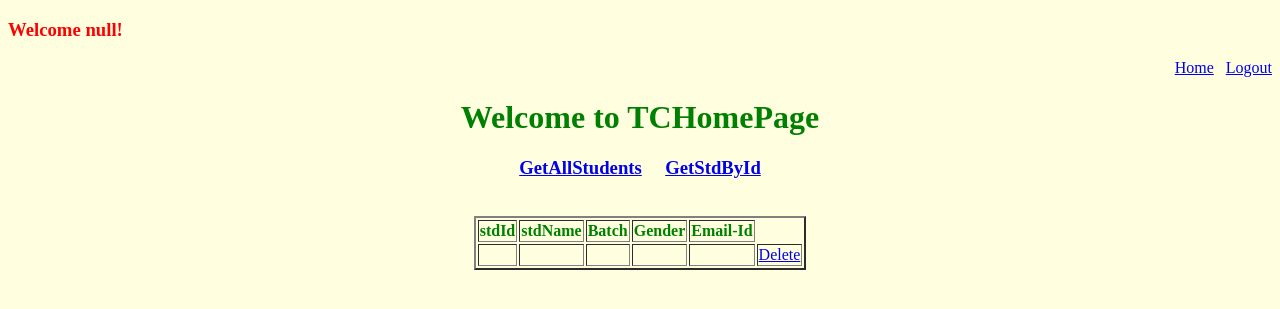
Repository: Ranjith-Kondra/Student_Assignment
Page: http://localhost/StudentWebApp/GetAllStd
The author's editor kept a copy of each file at every save. The page is drawn from the files as they stood at one save, then again after the next save.
The browser window is 1280 px wide. The pictures show the whole page.
The page is served by Tomcat 9. Other server files are loaded and not shown. Queries for data that is not in the repository find no rows.

Above is the page before, as saved 2024-01-16 11:48:05.

### Student_prog1/WorkSpace1/StudentWebApp/WebContent/GetAllStd.jsp
<%@ page language="java" contentType="text/html; charset=ISO-8859-1"
    pageEncoding="ISO-8859-1" import="java.util.List, com.dto.Student"%>
<!DOCTYPE html PUBLIC "-//W3C//DTD HTML 4.01 Transitional//EN" "http://www.w3.org/TR/html4/loose.dtd">
<html>
<head>
<meta http-equiv="Content-Type" content="text/html; charset=ISO-8859-1">
<title>GetAllStds</title>
</head>
<body>


	<jsp:include page="TCHomePage.jsp" />



	<table border="2" align="center">

		<tr>
			<th>stdId</th>
			<th>stdName</th>
			<th>Batch</th>
			<th>Gender</th>
			<th>Email-Id</th>
		</tr>

		<c:forEach var="std" items="${stdList}">

		<tr>
			<td> ${ std.stdId } </td>
			<td> ${ std.stdName } </td>
			<td> ${ std.Batch } </td>
			<td> ${ std.gender } </td>
			<td> ${ std.emailId } </td>
			<td> <a href='DeleteStudent?stdId=${std.stdId}'>Delete</a> </td>
		</tr>

		</c:forEach>

	</table>

</body>
</html>

### Student_prog1/WorkSpace1/StudentWebApp/WebContent/TCHomePage.jsp
<%@ page language="java" contentType="text/html; charset=ISO-8859-1"
    pageEncoding="ISO-8859-1"%>
<!DOCTYPE html PUBLIC "-//W3C//DTD HTML 4.01 Transitional//EN" "http://www.w3.org/TR/html4/loose.dtd">
<html>
<head>
<meta http-equiv="Content-Type" content="text/html; charset=ISO-8859-1">
<title>Insert title here</title>
</head>

<body bgcolor='lightyellow' text='green'>

		<% String emailId = (String) session.getAttribute("emailId"); %>

		<h3 style='color:red;'>Welcome <%= emailId %>!</h3>

		<form align="right">
			<a href="TCHomePage.jsp">Home</a> &nbsp;
			<a href="Logout">Logout</a>
		</form>

		<center>
		<h1>Welcome to TCHomePage</h1>

		<h3><a href='GetAllStd'>GetAllStudents</a> &nbsp; &nbsp;
		<a href='GetStdById.jsp'>GetStdById</a>
		</h3> <br/>

		</center>


</body>
</html>

### Student_prog1/WorkSpace1/StudentWebApp/src/com/web/GetAllStd.java
package com.web;

import java.io.IOException;
import java.io.PrintWriter;
import java.util.List;

import javax.servlet.RequestDispatcher;
import javax.servlet.ServletException;
import javax.servlet.annotation.WebServlet;
import javax.servlet.http.HttpServlet;
import javax.servlet.http.HttpServletRequest;
import javax.servlet.http.HttpServletResponse;

import com.dao.StudentDAO;
import com.dto.Student;


@WebServlet("/GetAllStd")
public class GetAllStd extends HttpServlet {

protected void doGet(HttpServletRequest request, HttpServletResponse response) throws ServletException, IOException {

		response.setContentType("text/html");
		PrintWriter out = response.getWriter();

		StudentDAO stdDao = new StudentDAO();
		List<Student> stdList = stdDao.getAllStudents();

		if (stdList != null) {

			//Storing Student list under request object
			request.setAttribute("stdList", stdList);

			RequestDispatcher rd = request.getRequestDispatcher("GetAllStd.jsp");
			rd.forward(request, response);

		} else {

			RequestDispatcher rd = request.getRequestDispatcher("TCHomePage.jsp");
			rd.include(request, response);

			out.println("<center>");
			out.println("<h1 style='color:red;'>Unable to Fetch the Student Record(s)!!!</h1>");
			out.println("</center>");
		}
     }

	protected void doPost(HttpServletRequest request, HttpServletResponse response) throws ServletException, IOException {

		doGet(request, response);
	}

}

### Student_prog1/WorkSpace1/StudentWebApp/src/com/dao/StudentDAO.java
package com.dao;

import java.sql.Connection;
import java.sql.PreparedStatement;
import java.sql.ResultSet;
import java.sql.SQLException;
import java.util.ArrayList;
import java.util.List;

import com.db.dbConnection;
import com.dto.Student;

public class StudentDAO {

	public Student stdLogin(String emailId, String password) {

		Connection con = dbConnection.getConnection();
		PreparedStatement pst = null;
		ResultSet rs = null;

		String loginQuery = "Select * from student where emailId=? and password=?";

		try {
			pst = con.prepareStatement(loginQuery);
			pst.setString(1, emailId);
			pst.setString(2, password);
			rs = pst.executeQuery();

			if (rs.next()) {
				Student std = new Student();
				std.setstdId(rs.getInt(1));
				std.setstdName(rs.getString(2));
				std.setBatch(rs.getString(3));
				std.setGender(rs.getString(4));
				std.setEmailId(rs.getString(5));
				std.setPassword(rs.getString(6));
				return std;
			}

		} catch (SQLException e) {
			e.printStackTrace();
		}

		finally {
			if (con != null) {
				try {
					rs.close();
					pst.close();
					con.close();
				} catch (SQLException e) {
					e.printStackTrace();
				}
			}
		}

		return null;
	}


	public List<Student> getAllStudents() {
		Connection con = dbConnection.getConnection();
		PreparedStatement pst = null;
		ResultSet rs = null;
		List<Student> stdList = null;

		String selectQuery = "Select * from student";


		try {
			pst = con.prepareStatement(selectQuery);
			rs = pst.executeQuery();

			stdList = new ArrayList<Student>();

			while (rs.next()) {
				Student std = new Student();

				std.setstdId(rs.getInt(1));
				std.setstdName(rs.getString(2));
				std.setBatch(rs.getString(3));
				std.setGender(rs.getString(4));
				std.setEmailId(rs.getString(5));
				std.setPassword(rs.getString(6));

				stdList.add(std);
			}

		} catch (SQLException e) {
			e.printStackTrace();
		}

		finally {
			if (con != null) {
				try {
					rs.close();
					pst.close();
					con.close();
				} catch (SQLException e) {
					e.printStackTrace();
				}
			}
		}
		return stdList;
	}

	public int registerStudent(Student std) {
		Connection con = dbConnection.getConnection();
		PreparedStatement pst = null;

		String insertQuery = "insert into student " +
		"(stdName, Batch, gender, emailId, password) values (?, ?, ?, ?, ?)";

		try {
			pst = con.prepareStatement(insertQuery);

			pst.setString(1, std.getstdName());
			pst.setString(2, std.getBatch());
			pst.setString(3, std.getGender());
			pst.setString(4, std.getEmailId());
			pst.setString(5, std.getPassword());

			return pst.executeUpdate();

		} catch (SQLException e) {
			e.printStackTrace();
		}

		finally {
			if (con != null) {
				try {
					pst.close();
					con.close();
				} catch (SQLException e) {
					e.printStackTrace();
				}
			}
		}

		return 0;
	}

	public Student getStudentById(int stdId) {
		Connection con = dbConnection.getConnection();
		PreparedStatement pst = null;
		ResultSet rs = null;

		String selectQuery = "Select * from student where stdId=?";


		try {
			pst = con.prepareStatement(selectQuery);
			pst.setInt(1, stdId);
			rs = pst.executeQuery();

			if (rs.next()) {

				Student std = new Student();

				std.setstdId(rs.getInt(1));
				std.setstdName(rs.getString(2));
				std.setBatch(rs.getString(3));
				std.setGender(rs.getString(4));
				std.setEmailId(rs.getString(5));
				std.setPassword(rs.getString(6));

				return std;
			}

		} catch (SQLException e) {
			e.printStackTrace();
		}

		finally {
			if (con != null) {
				try {
					rs.close();
					pst.close();
					con.close();
				} catch (SQLException e) {
					e.printStackTrace();
				}
			}
		}
		return null;
	}


	public int deleteStudent(int stdId) {
		Connection con = dbConnection.getConnection();
		PreparedStatement pst = null;

		String deleteQuery = "delete from student where stdId=?";


		try {
			pst = con.prepareStatement(deleteQuery);
			pst.setInt(1, stdId);

			return pst.executeUpdate();

		} catch (SQLException e) {
			e.printStackTrace();
		}

		finally {
			if (con != null) {
				try {
					pst.close();
					con.close();
				} catch (SQLException e) {
					e.printStackTrace();
				}
			}
		}
		return 0;
	}

	}

### Student_prog1/WorkSpace1/StudentWebApp/src/com/db/dbConnection.java
package com.db;

import java.sql.Connection;
import java.sql.DriverManager;
import java.sql.SQLException;

public class dbConnection {

	public static Connection getConnection() {

		Connection con = null;
		String url = "jdbc:mysql://localhost:3306/fsd57";

		try {
			Class.forName("com.mysql.cj.jdbc.Driver");
			con = DriverManager.getConnection(url, "root", "root");
		} catch (ClassNotFoundException | SQLException e) {
			e.printStackTrace();
		}


		return con;
	}

}

After the next save:
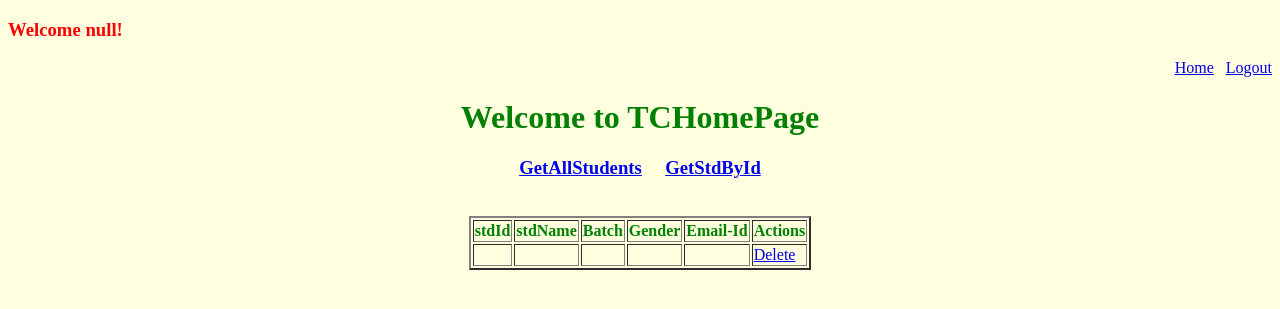
Saved 2 min 59 s later.
--- a/Student_prog1/WorkSpace1/StudentWebApp/WebContent/GetAllStd.jsp
+++ b/Student_prog1/WorkSpace1/StudentWebApp/WebContent/GetAllStd.jsp
@@ -21,6 +21,7 @@
 			<th>Batch</th>
 			<th>Gender</th>
 			<th>Email-Id</th>
+			<th colspan="2">Actions</th>
 		</tr>
 
 		<c:forEach var="std" items="${stdList}">
